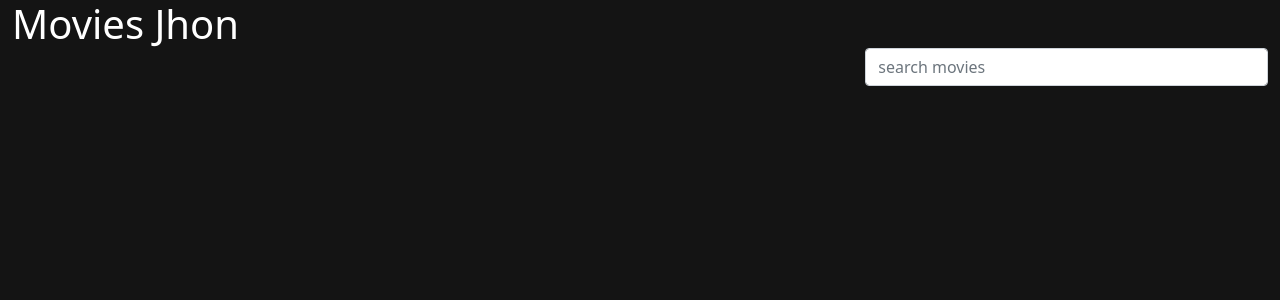
Repository: jhonenmanuel1/movies-get-info-fetch
Page: /
The author's editor kept a copy of each file at every save. The page is drawn from the files as they stood at one save, then again after the next save.
The browser window is 1280 px wide. The pictures show the whole page.
The page's requests for data from a server got no answer. The project was rebuilt for these pictures with package versions that can differ from the ones it lists, and the page was loaded fresh each time. No one was signed in, and anything a server would have sent is missing.

Above is the page before, as saved 2022-06-19 21:47:00.

### src/App.js
import React, { useCallback, useEffect, useState } from "react";
import "bootstrap/dist/css/bootstrap.min.css";
import'./App.css';
import MovieList from "./components/MoviesList";
import MovieListHeading from "./components/MovieListHeading";
import SearchBox from "./components/SearchBox";

const App = () => {
  const [movies, setMovies] = useState([]);
  const [search, setSearch] = useState('');

  const getMovies = async () => {
    const url = `http://www.omdbapi.com/?s=$ari&apikey=263d22d8`;
    const response = await  fetch(url);
    const responseJson = await response.json();
    console.log(responseJson);
    setMovies(responseJson.Search);

  }
 useEffect(()=>{
    getMovies();
 }, []);
  return (
    <>

      <div className="container-fluid movie-app">
      <div className="row">
        <MovieListHeading heading="Movies Jhon"/>
        <SearchBox/>
      <div>

      </div>

      </div>
        <div className="list ">
        <MovieList movies={movies}/>

        </div>

      </div>
    </>
  );
};

export default App;

### src/App.css
body {
    background:#141414 ;
    color:#ffff
}
.movie-app{

}

.movie-app > .list {
    display: flex;
    overflow-x:  scroll;
    flex-wrap: nowrap;


}

### src/components/MoviesList.js
import React from "react";



export default function MovieList (props){
    return(
        <>
            {props.movies.map((movie, index)=><div className="d-flec justify-content-start m-3">
                <img key={index}src={movie?.Poster} alt="See Movies Poster"></img>
            </div>)}
        </>
    )
}

### src/components/MovieListHeading.js
import React from "react";

export default function MovieListHeading(props) {
  return (
    <>
      <di className="col">
        <h1>{props.heading}</h1>

      </di>
    </>
  );
}

### src/components/searchbox.js
import React from "react";

export default function SearchBox() {
  return (
    <div className="col col-sm-4 mt-5">
      <input className="form-control" placeholder="search movies"></input>
    </div>
  );
}

Loaded but not shown: public/index.html (common file); src/index.js (common file)

After the next save:
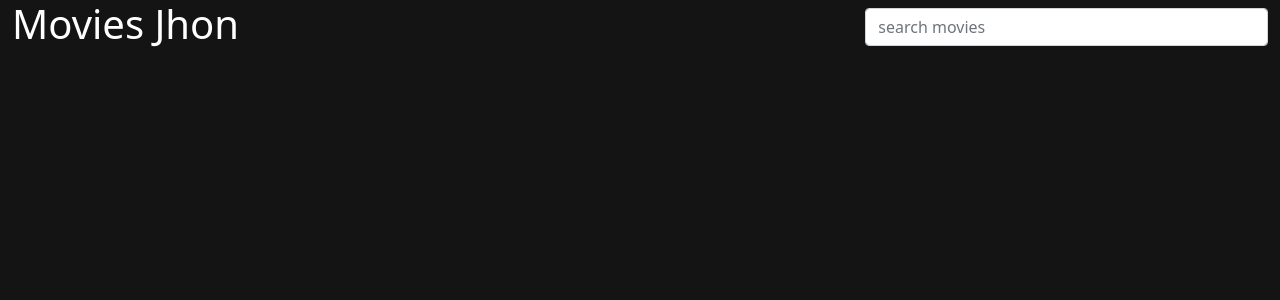
Saved 4 s later.
--- a/src/components/searchbox.js
+++ b/src/components/searchbox.js
@@ -2,7 +2,7 @@ import React from "react";
 
 export default function SearchBox() {
   return (
-    <div className="col col-sm-4 mt-5">
+    <div className="col col-sm-4 mt-2">
       <input className="form-control" placeholder="search movies"></input>
     </div>
   );
